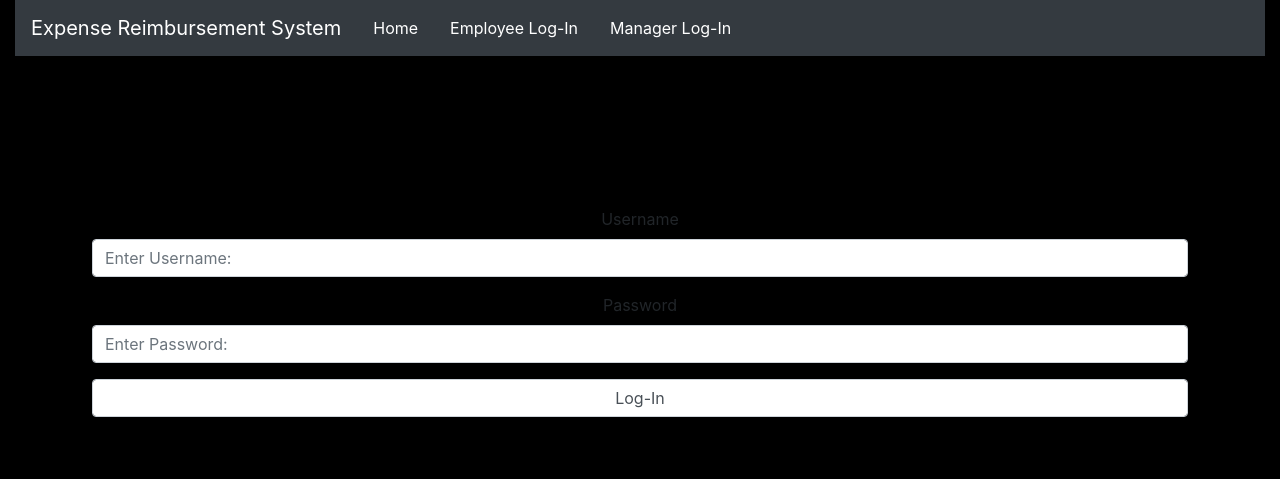
Repository: Trevormulrenin/ers-app
Page: http://localhost/ers-app/html/manager_login.html
The author's editor kept a copy of each file at every save. The page is drawn from the files as they stood at one save, then again after the next save.
The browser window is 1280 px wide. The pictures show the whole page.
The page is served by Tomcat 9. Other server files are loaded and not shown.

Above is the page before, as saved 2021-04-01 16:55:35.

### ers-app/src/main/webapp/html/manager_login.html
<!DOCTYPE html>
<html>
<head>
	<meta charset="UTF-8">
	<meta name="viewport" content="width=device-width, initial-scale=1.0">

    <link rel="stylesheet" href="https://stackpath.bootstrapcdn.com/bootstrap/4.5.0/css/bootstrap.min.css" integrity="sha384-9aIt2nRpC12Uk9gS9baDl411NQApFmC26EwAOH8WgZl5MYYxFfc+NcPb1dKGj7Sk" crossorigin="anonymous">
	<link rel="stylesheet" type="text/css" href="../css/style.css">
<title>Expense Reimbursement System</title>
</head>

<style>
	#log-in-button {
		text-align:center;
	}

	.login {
	border: 2px solid black;
	content: 5px;
    width: auto;
    text-align: center;
    padding: 5px;
    margin: auto;
    box-shadow: white;
	}

	.nav-item, .nav-item-active {
/* 		text-decoration: none; */
		color: white;
		border: 1px;
		border-color:white;
	}

</style>

<body>

	<div class="container-fluid">
		<nav class="navbar navbar-expand-lg navbar-dark bg-dark">
			<a class="navbar-brand" href="../index.html">Expense Reimbursement System</a>
					<a class="nav-item nav-link" href="../index.html">Home</a>
					<a class="nav-item nav-link active" id="nav-item-right" href="employee_login.html">Employee Log-In</a>
					<a class="nav-item nav-link" id="nav-item-right" href="manager_login.html">Manager Log-In</a>

		</nav>
	</div>

	<div class="container">
		<h2>Manager Log-In</h2>
		<p id="enter-credentials">Please enter your credentials below</p>

		<div class="login">
			<form action="http://localhost:8080/ers-app/ManagerLogInServlet" method="post">
			<div class="form-group">
				<label for="managerUsername">Username</label>
				<input type="text" class="form-control" id="managerUsername" name="managerUsername" placeholder="Enter Username:" required>
			</div>
			<div class="form-group">
				<label for="managerPassword">Password</label>
				<input type="password" class="form-control" id="managerPassword" name="managerPassword" placeholder="Enter Password:" required>
			</div>
			<div class="form-group">
				<button type="submit" class="form-control" id="log-in-button">Log-In</button>
			</div>
			</form>
		</div>

	</div>

</body>
</html>

### ers-app/src/main/webapp/css/style.css
@charset "UTF-8";

body {
	background-color:black;
}
#navbar-menu-right{
	text-decoration: none;
	color: black;
}

.nav-item, .nav-item-active, .nav-list-right {
		color: white;
		border: 1px;
		border-color:white;
	}

h1 {
	text-align: center;
    font-family: Lato;
    color: Black;
    font-size: 40px;
    margin: 50px;
}

p {
	text-align: center;
    font-family: Lato;
	color: Black;
	font-size: 15px;
}

h2 {
	text-align: center;
    font-family: Lato;
    color: Black;
    font-size: 40px;
    margin: 25px;
}

#enter-credentials {
	text-align: center;
    font-family: Lato;
	color: Black;
	font-size: 20px;
}


#pending-reimbursement, #resolved-reimbursement {
	border: 2px solid black;
	color: black;
	text-align:center;
	height: 300px;
	width: 400px;
    top:30%;
    left:10%;
/*     display: flex; */
/* 	justify-content: space-evenly; */
}

#pending-reimbursement {
	float: left;
}

#resolved-reimbursement:hover {
	background-color: gray;
	color:white;
}

#pending-reimbursement:hover {
	background-color: gray;
	color:white;
}

#pending-table, #resolved-table {
	padding: 10px;
	margin-left: auto;
	margin-right: auto;
	margin-top:20%;
	border: 2px solid black;
	border-collapse: collapse;
	border-left: 2px solid black;
	border-bottom: 2px solid black;
	border-spacing: 10px;
}

.nav-item, .nav-item-active, .nav-list-right {
/* 		text-decoration: none; */
		color: white;
		border: 1px;
		border-color:white;
	}

th, tr {
	border: 2px;
}

#log-in-button {
	text-align: center;
}

.login {
	border: 2px solid black;
	content: 5px;
	width: auto;
	text-align: center;
	padding: 5px;
	margin: auto;
	box-shadow: white;
}

#update-table {
	width: "100%";
	padding: 2px;
	margin-top: 5px;
	margin-bottom: 0px;
	margin-left: auto;
	margin-right: auto;
	border: 1px solid black;
	border-collapse: separate;
	border-spacing: 2px;
}

#view-employees {
	width: "100%";
	padding: 2px;
	margin-top: 5px;
	margin-bottom: 0px;
	margin-left: auto;
	margin-right: auto;
	border: 1px solid black;
	border-collapse: separate;
	border-spacing: 2px;
}

#reimbursement-table {
	width: "100%";
	padding: 2px;
	margin-top: 5px;
	margin-bottom: 0px;
	margin-left: auto;
	margin-right: auto;
	border: 1px solid black;
	border-collapse: separate;
	border-spacing: 2px;
}

.log-in-button {
	text-align: center;
	margin-top: 10px;
}

After the next save:
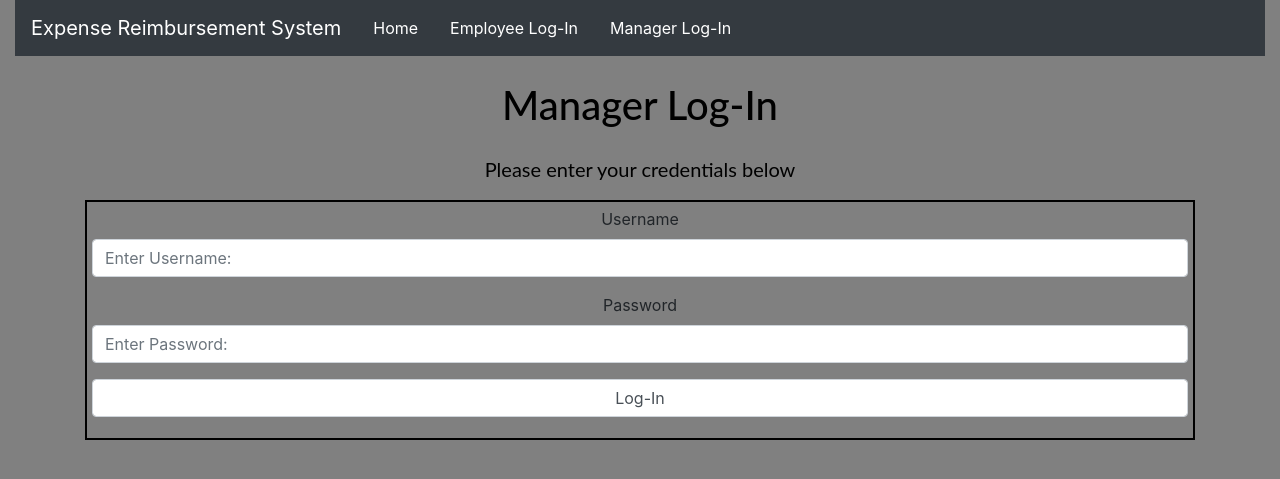
Saved 16 s later.
--- a/ers-app/src/main/webapp/css/style.css
+++ b/ers-app/src/main/webapp/css/style.css
@@ -1,7 +1,7 @@
 @charset "UTF-8";
 
 body {
-	background-color:black;
+	background-color:gray;
 }
 #navbar-menu-right{
 	text-decoration: none;
